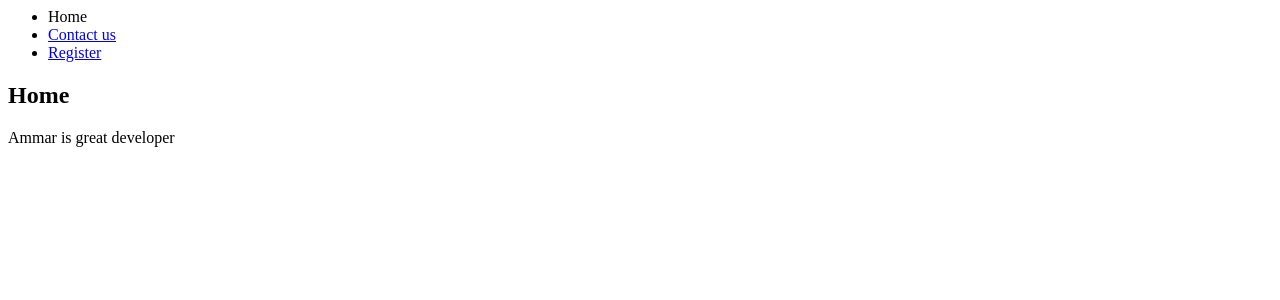
Repository: engammar111/css
Page: contactus.html
These files come from the project's save history. The page is drawn as it stood at one moment and after the next save; the edit follows.
The browser window is 1280 px wide. The pictures show the whole page.

Above is the page before, as saved 2021-07-31 13:28:41.

After the next save:
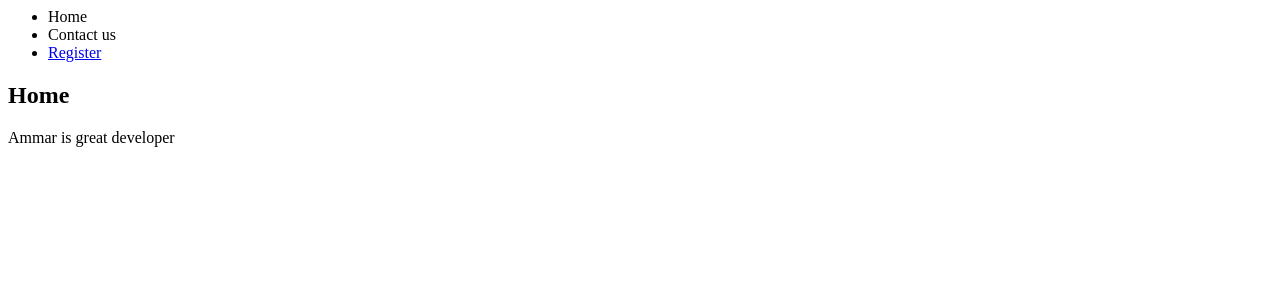
Saved 107 s later.
--- a/contactus.html
+++ b/contactus.html
@@ -6,9 +6,9 @@
     <header>
       <nav>
         <ul>
-          <li>Home</li>
-          <li><a href="contact us">Contact us</a></li>
-          <li><a href="register">Register</a></li>
+          <li>Home <a href="index.html"></a></li>
+          <li>Contact us</a></li>
+          <li><a href="register.html">Register</a></li>
         </ul>
       </nav>
     </header>
